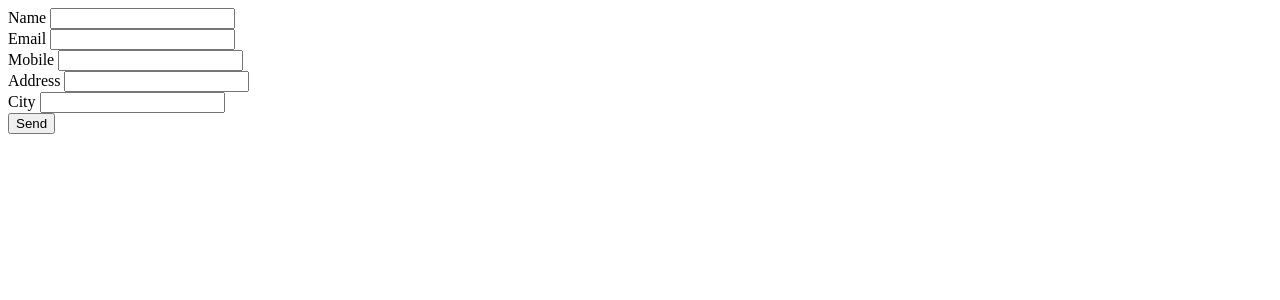
Repository: NagepalliHaasan21/MyProjects
Page: eclipse-workspace/com.SecondJEEPrgm/src/main/webapp/index.html
The author's editor kept a copy of each file at every save. The page is drawn from the files as they stood at one save, then again after the next save.
The browser window is 1280 px wide. The pictures show the whole page.

Above is the page before, as saved 2024-11-28 05:04:07.

After the next save:
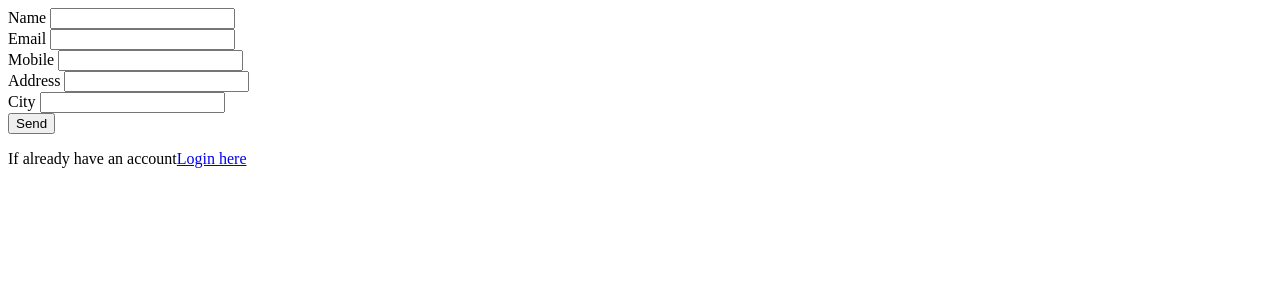
Saved 7 h 15 min later.
--- a/eclipse-workspace/com.SecondJEEPrgm/src/main/webapp/index.html
+++ b/eclipse-workspace/com.SecondJEEPrgm/src/main/webapp/index.html
@@ -13,5 +13,7 @@
 		City <input type="text" name="city"><br>
 		<input type="submit" value="Send">
 	</form>
+
+	<p>If already have an account<a href="login.html">Login here</a></p>
 </body>
 </html>
